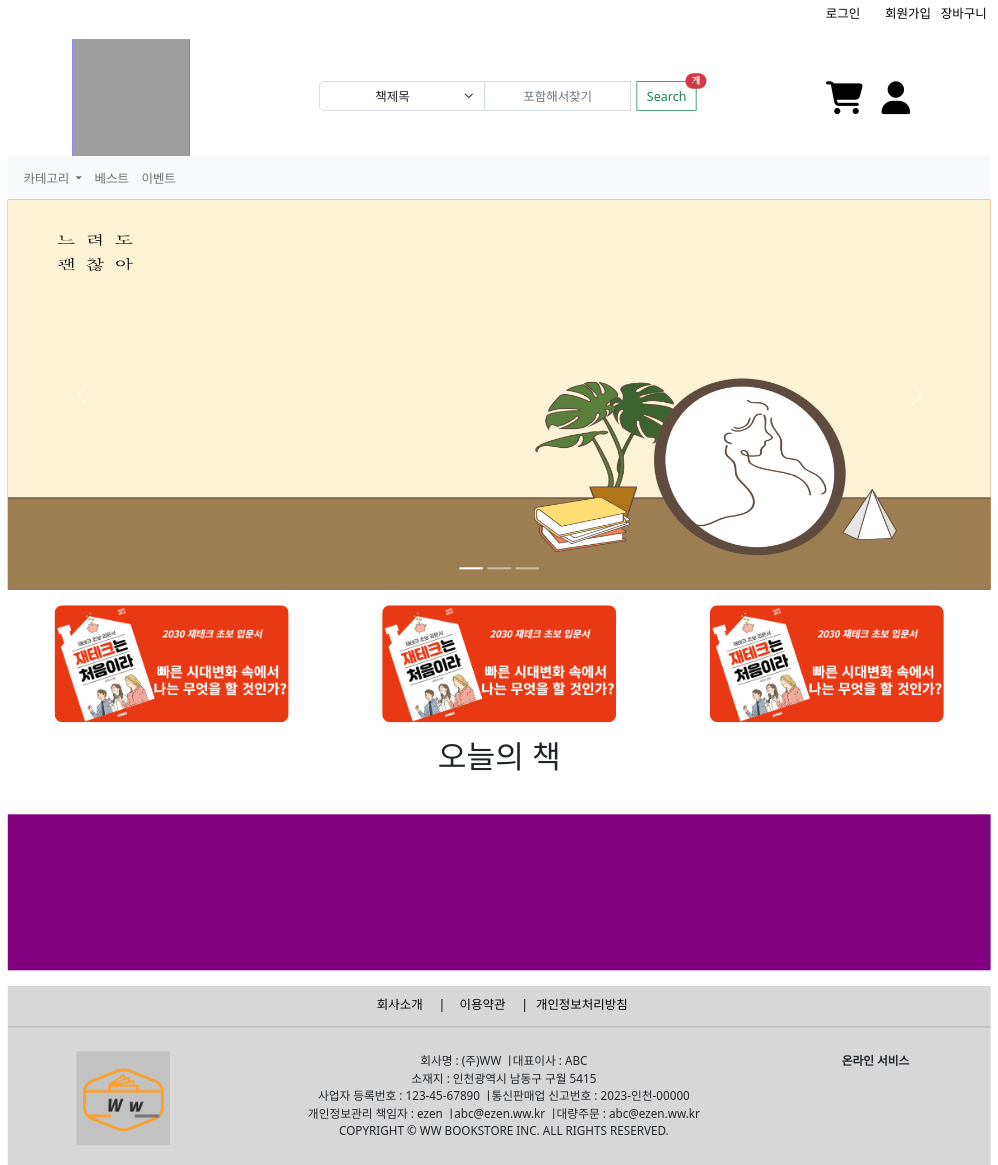
Repository: bongbongi/book1
Page: http://localhost/book/WEB-INF/views/home.jsp
These files come from the project's save history. The page is drawn as it stood at one moment and after the next save; the edit follows.
The browser window is 1280 px wide. The pictures show the whole page, at 78% of full size.
Pictures or frames that could not be fetched are drawn as grey boxes. Some web libraries are served in a nearby version. The page is served by Tomcat 9. Nobody is signed in. The template is opened directly, without the code that normally fills it, so the values that code supplies are empty.

Above is the page before, as saved 2023-01-13 08:37:25.

After the next save:
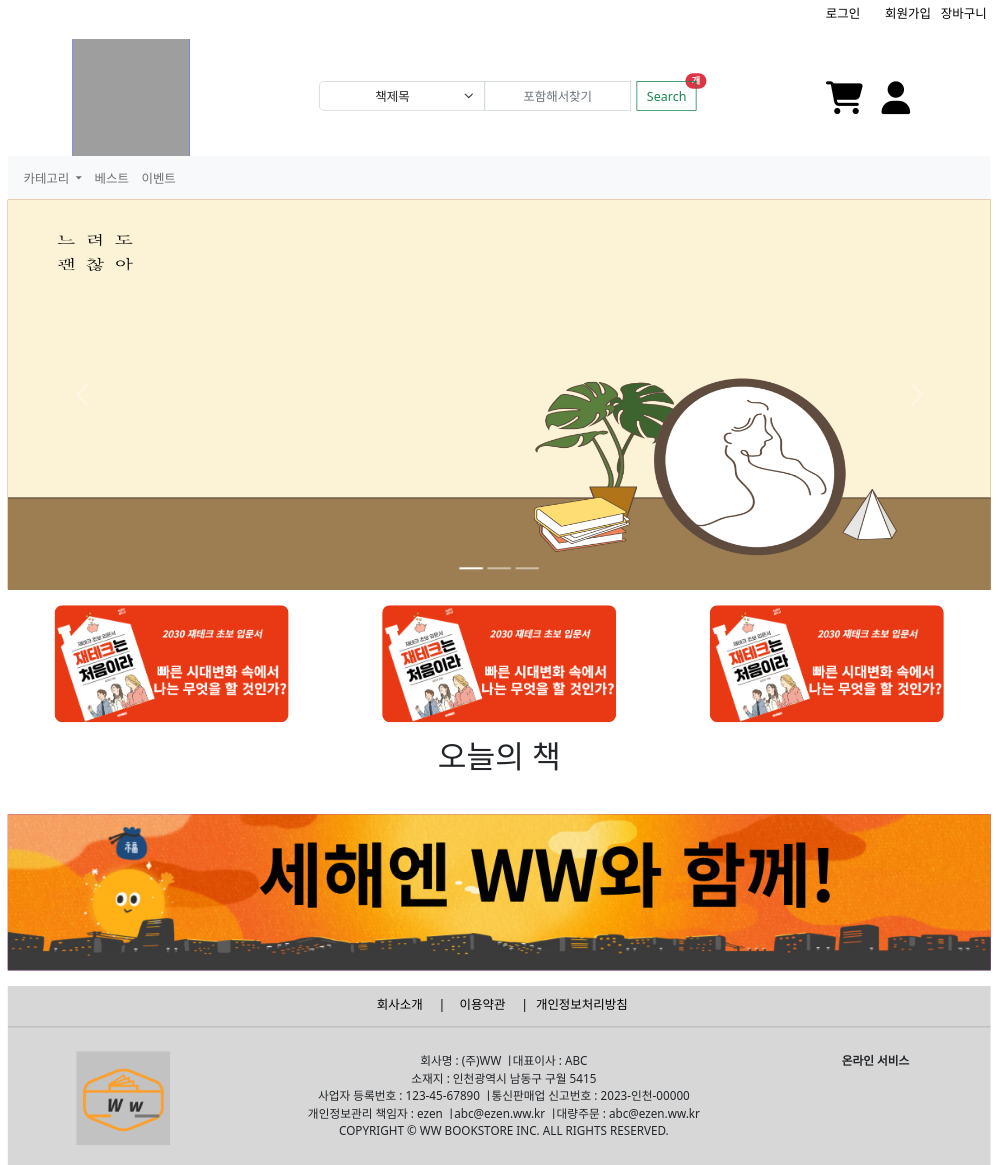
Saved 48 s later.
--- a/book/src/main/webapp/WEB-INF/views/home.jsp
+++ b/book/src/main/webapp/WEB-INF/views/home.jsp
@@ -465,7 +465,7 @@ body {
       <!-- 광고 -->
       <div class="foot-ad">
          <a href="#">
-
+          <img src="resources/img/newYearAD.jpg" alt="하단광고">
          </a>
       </div>
    </div>
